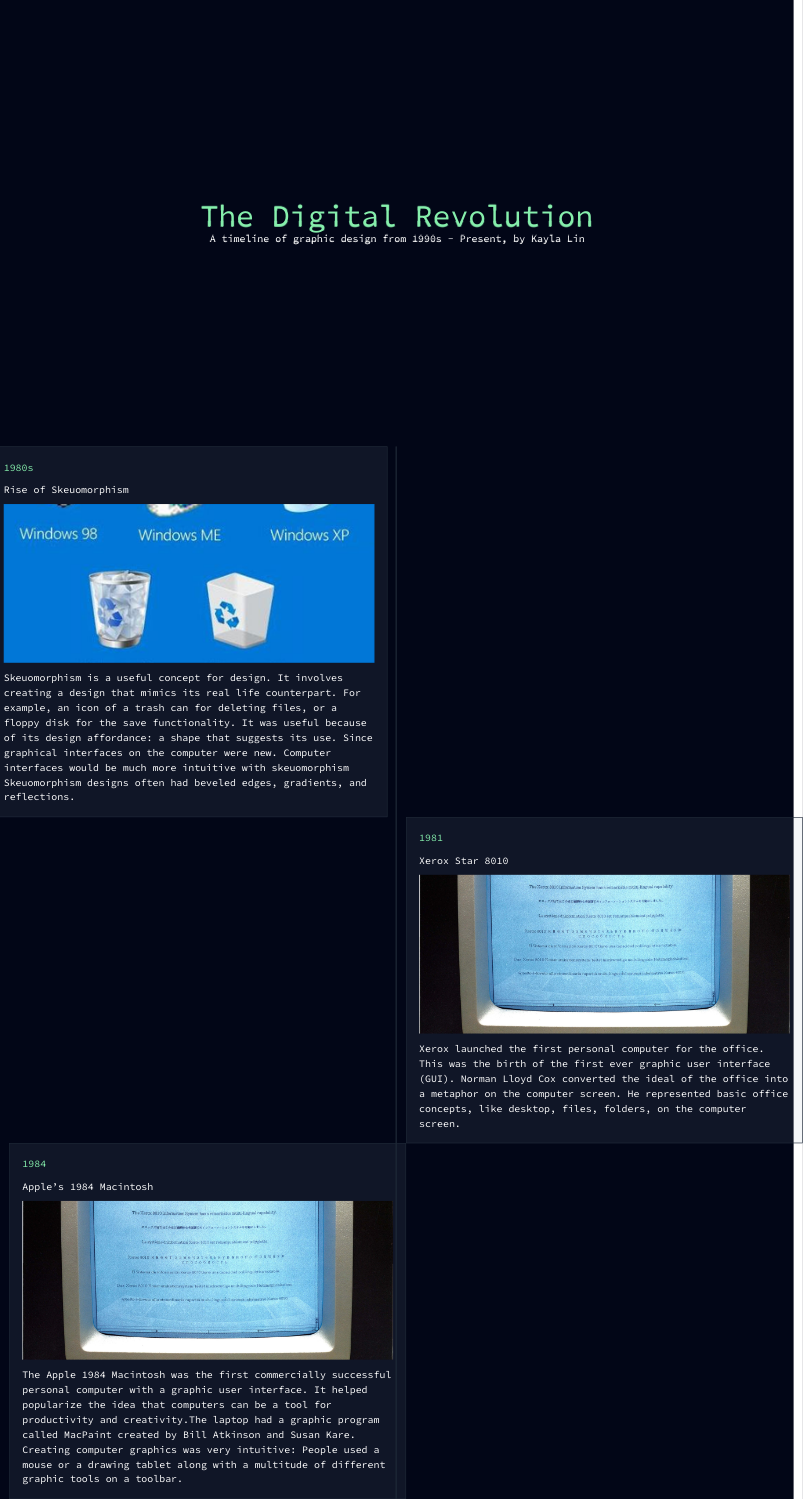
Repository: kayla-lin/graphic-design-timeline
Page: /
An editor plug-in stored every save of this project. The page is shown before and after the next save, followed by the edit.
The browser window is 1280 px wide. The page is 1295 px wide, so the pictures cover 1295 px, including what lies to the right of the window. The pictures show the whole page, at 62% of full size.
The project was rebuilt for these pictures with package versions that can differ from the ones it lists, and the page was loaded fresh each time. The framework's server and built-in components were replaced by stand-ins that run in the browser. Also part of the build but not shown: next.config.js.

Above is the page before, as saved 2023-05-01 20:15:13.

After the next save:
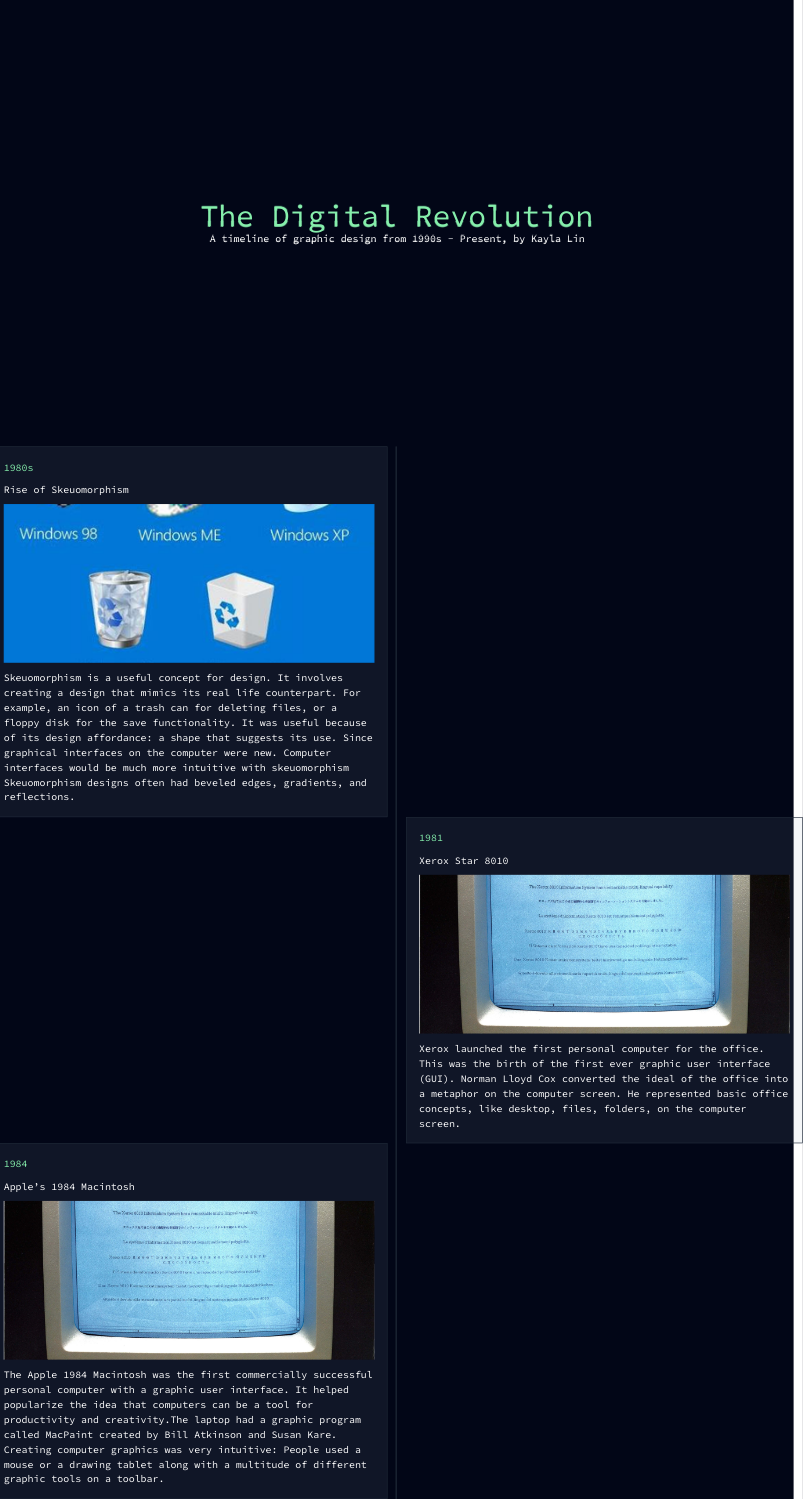
Saved 9 s later.
--- a/pages/components/TimelineElement/index.tsx
+++ b/pages/components/TimelineElement/index.tsx
@@ -20,10 +20,10 @@
   const squareVariants = {
     visible: {
       opacity: 1,
-      left: index ? 15 : -15,
+      left: isEven ? 15 : -15,
       transition: { duration: 0.5 },
     },
-    hidden: { opacity: 0, left: index ? 100 : -100 },
+    hidden: { opacity: 0, left: isEven ? 100 : -100 },
   };
 
   useEffect(() => {
@@ -39,7 +39,7 @@
       initial="hidden"
       variants={squareVariants}
       className={`w-1/2 relative text-white bg-slate-400 bg-opacity-10 p-5 border border-gray-800 flex flex-col gap-3 ${
-        index % 2 ? "self-end left-5" : "self-start right-5"
+        isEven ? "self-end left-5" : "self-start right-5"
       }`}
     >
       <span className="text-green-300">{date}</span>
